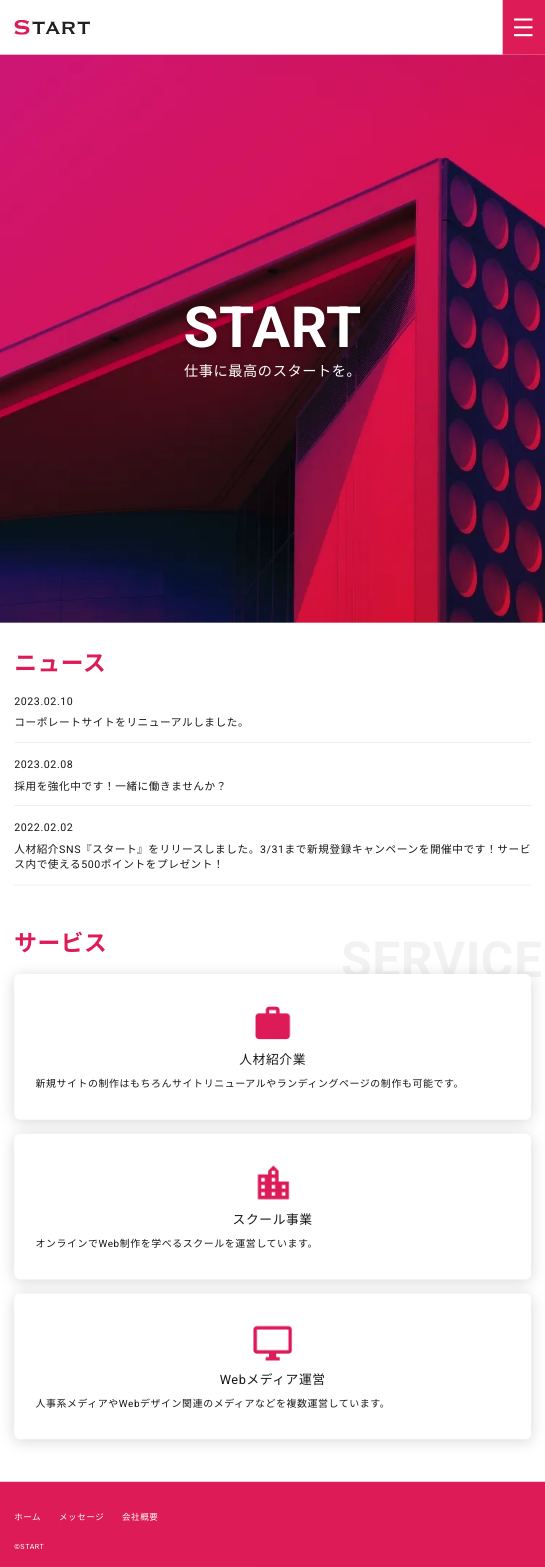
Repository: tetishi/tetishi.github.io
Page: index.html
The author's editor kept a copy of each file at every save. The page is drawn from the files as they stood at one save, then again after a run of saves.
The browser window is 768 px wide. The pictures show the whole page, at 71% of full size.

Above is the page before, as saved 2023-07-02 21:50:49.

After the next 2 saves:
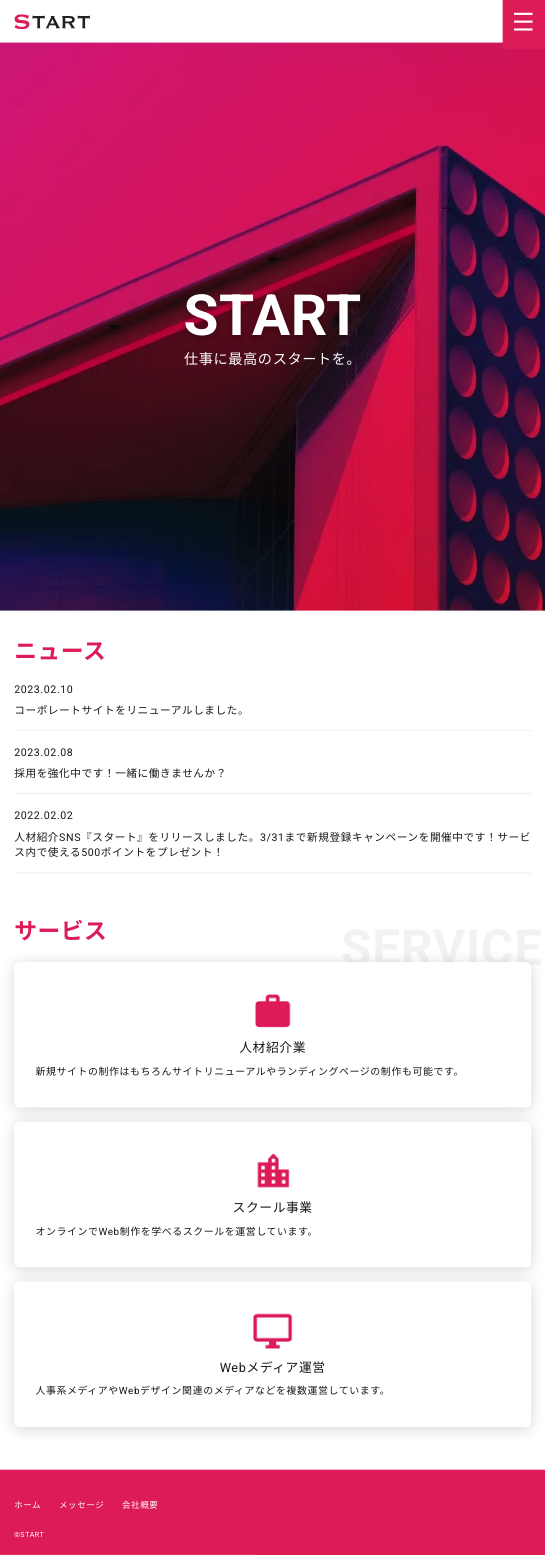
The 2 saves are shown as one change because they came seconds apart.
The last was saved 14 s later.
--- a/css/style.css
+++ b/css/style.css
@@ -204,7 +204,9 @@ small {
         z-index: 1;
         position: relative;
     }
-
+    .header-inner {
+        height: 60px;
+    }
     .nav-title {
         padding: 0 0 0 20px;
     }
